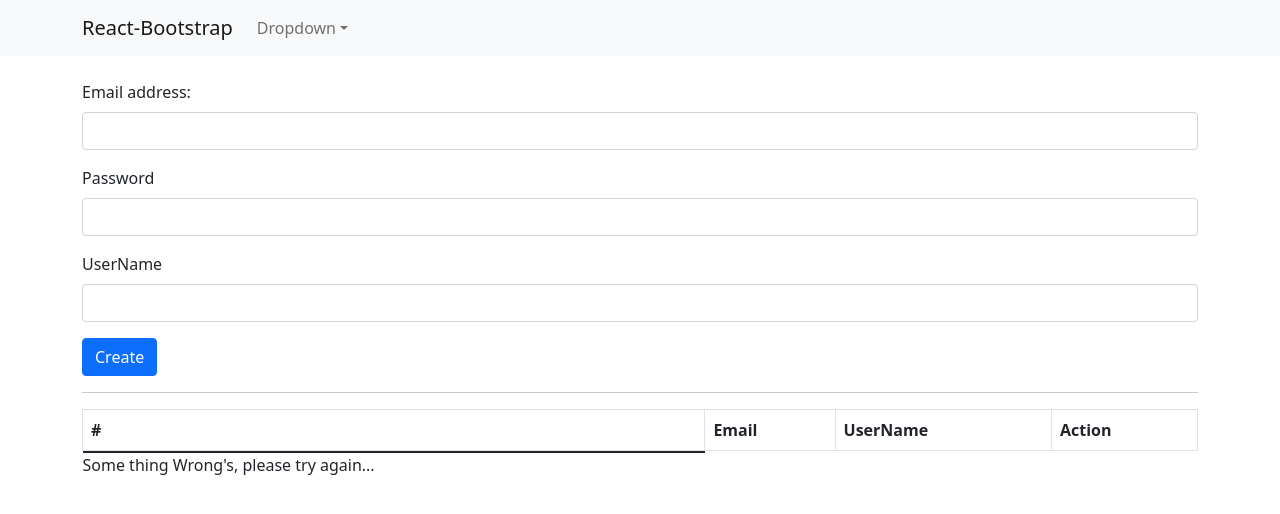
Repository: nnbxxx/-Redux-Ultimate---Redux
Page: /
These files come from the project's save history. The page is drawn as it stood at one moment and after the next save; the edit follows.
The browser window is 1280 px wide. The pictures show the whole page.
The page's requests for data from a server got no answer. The project was rebuilt for these pictures with package versions that can differ from the ones it lists, and the page was loaded fresh each time. No one was signed in, and anything a server would have sent is missing.

Above is the page before, as saved 2023-04-22 14:55:35.

After the next save:
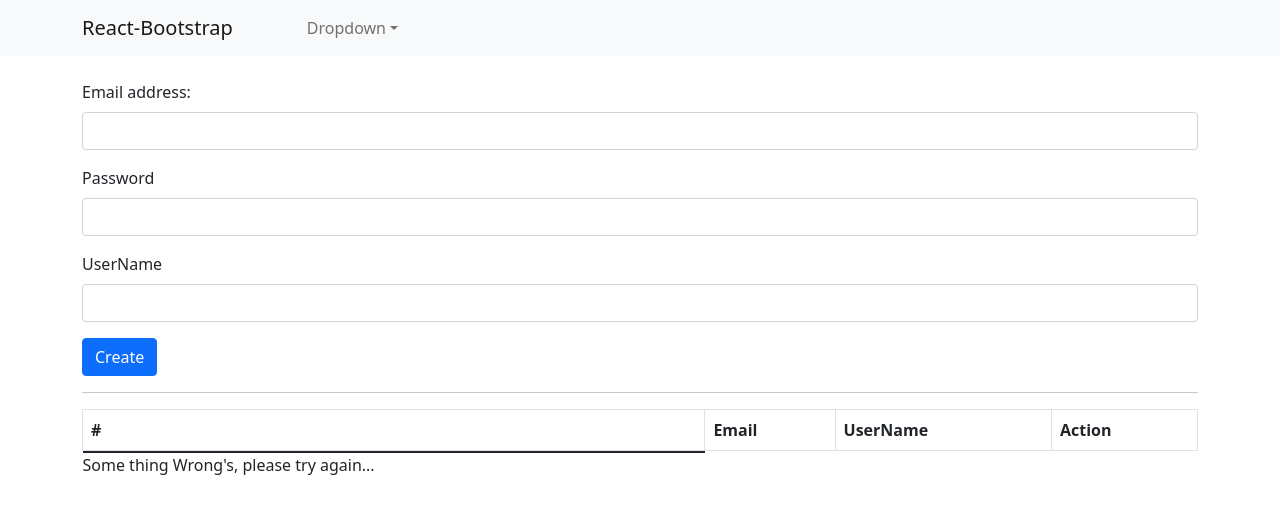
Saved 7 min 27 s later.
--- a/src/components/Header.js
+++ b/src/components/Header.js
@@ -12,7 +12,7 @@ const Header = () => {
           <Navbar.Collapse id='basic-navbar-nav'>
             <Nav className='me-auto'>
               <NavDropdown
-                className='ml-5'
+                style={{ marginLeft: "50px" }}
                 title='Dropdown'
                 id='basic-nav-dropdown'
               >
